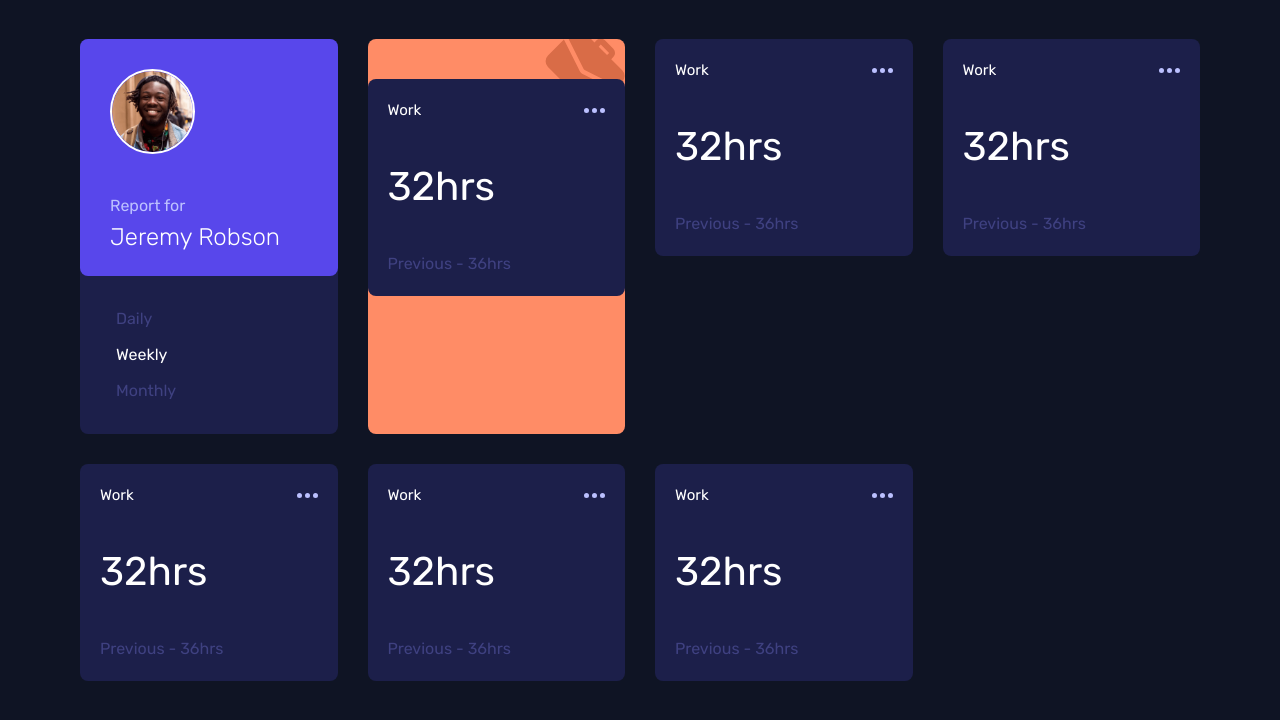
Repository: Akashiii1/WebTimeTracking_Day6
Page: index.html
The author's editor kept a copy of each file at every save. The page is drawn from the files as they stood at one save, then again after the next save.
The browser window is 1280 px wide. The pictures show the whole page.

Above is the page before, as saved 2021-12-27 00:16:47.

### index.html
<!DOCTYPE html>
<html lang="en">
  <head>
    <meta charset="UTF-8" />
    <meta name="viewport" content="width=device-width, initial-scale=1.0" />
    <!-- displays site properly based on user's device -->

    <link
      rel="icon"
      type="image/png"
      sizes="32x32"
      href="./images/favicon-32x32.png"
    />

    <title>Frontend Mentor | Time tracking dashboard</title>

    <!-- Feel free to remove these styles or customise in your own stylesheet 👍 -->
    <link rel="stylesheet" href="style.css" />
    <style>
      .attribution {
        font-size: 11px;
        text-align: center;
      }

      .attribution a {
        color: hsl(228, 45%, 44%);
      }
    </style>
  </head>

  <body>
    <div class="container">
      <div class="first">
        <div class="user">
          <div class="user-img">
            <img src="images/image-jeremy.png" alt="" />
          </div>
          <div class="user-content">
            <p class="user-info">Report for</p>
            <h2 class="user-name">Jeremy Robson</h2>
          </div>
        </div>
        <div class="options">
          <button class="user-btn">Daily</button>
          <button class="user-btn active">Weekly</button>
          <button class="user-btn">Monthly</button>

        </div>
      </div>
      <div class="work">
        <div class="content">
          <div class="heading">
            <h3 class="title">Work</h3>
            <img src="images/icon-ellipsis.svg" alt="">
          </div>
          <h3 class="time">32hrs</h3>
          <div class="desc">Previous - 36hrs </div>
        </div>
      </div>
      <div class="play">
        <div class="content">
          <div class="heading">
            <h3 class="title">Work</h3>
            <img src="images/icon-ellipsis.svg" alt="">
          </div>
          <h3 class="time">32hrs</h3>
          <div class="desc">Previous - 36hrs </div>
        </div>
      </div>
      <div class="exercise">
        <div class="content">
          <div class="heading">
            <h3 class="title">Work</h3>
            <img src="images/icon-ellipsis.svg" alt="">
          </div>
          <h3 class="time">32hrs</h3>
          <div class="desc">Previous - 36hrs </div>
        </div>
      </div>
      <div class="social">
        <div class="content">
          <div class="heading">
            <h3 class="title">Work</h3>
            <img src="images/icon-ellipsis.svg" alt="">
          </div>
          <h3 class="time">32hrs</h3>
          <div class="desc">Previous - 36hrs </div>
        </div>
      </div>
      <div class="self">
        <div class="content">
          <div class="heading">
            <h3 class="title">Work</h3>
            <img src="images/icon-ellipsis.svg" alt="">
          </div>
          <h3 class="time">32hrs</h3>
          <div class="desc">Previous - 36hrs </div>
        </div>
      </div>
      <div class="study">
        <div class="content">
          <div class="heading">
            <h3 class="title">Work</h3>
            <img src="images/icon-ellipsis.svg" alt="">
          </div>
          <h3 class="time">32hrs</h3>
          <div class="desc">Previous - 36hrs </div>
        </div>
      </div>


    </div>

    <!-- <div class="attribution">
      Challenge by
      <a href="https://www.frontendmentor.io?ref=challenge" target="_blank"
        >Frontend Mentor</a
      >. Coded by <a href="#">Your Name Here</a>.
    </div> -->
    <script src="app.js"></script>
  </body>
</html>

### style.css
@import url('https://fonts.googleapis.com/css2?family=Rubik:wght@300;400;500&display=swap');
:root{
  --Blue: hsl(246, 80%, 60%);

 --Lightreda: hsl(15, 100%, 70%);/*(work)*/
 --Softblue : hsl(195, 74%, 62%);/*(play)*/
 --Lightred : hsl(348, 100%, 68%);/*(study)*/
 --Limegreen : hsl(145, 58%, 55%);/*(exercise)*/
 --Violet: hsl(264, 64%, 52%);/*(social)*/
 --Softorange : hsl(43, 84%, 65%);/*(self care)*/

  --Verydarkblue: hsl(226, 43%, 10%);
  --Darkblue: hsl(235, 46%, 20%);
  --Desaturatedblue: hsl(235, 45%, 61%);
  --PaleBlue: hsl(236, 100%, 87%);
}
*,
*::before,
*::after {
  box-sizing: border-box;
}
body,
h1,
h2,
h3,
h4,
h5,
h6,
p,
figure,
picture {
  margin: 0;
}
body {
  min-height: 100vh;
  line-height: 1.5;
}
input,
button,
select,
textarea {
  font: inherit;
}
img,
picture {
  display: block;
  max-width: 100%;
}
body{
  font-family: 'Rubik', sans-serif;
  background: var(--Verydarkblue);
  min-height: 100vh;
  display: flex;
  justify-content: center;
  align-items: center;
}
.container{
  width: 1120px;
  display: grid;
  grid-template-columns: repeat(4,1fr);
  /* grid-template-rows: repeat(2,1fr); */
  grid-gap:30px ;
  grid-template-areas: "user work play study"
                        "user exe social self";
}
.first{
  background-color: var(--Darkblue);
  border-radius: 8px;
}
.user{
  background: var(--Blue);
  border-radius: 8px;
  padding: 30px;
}
.user-img{
  width: 85px;
  height: 85px;
  margin-bottom: 40px;
}
.user-img img{
  border-radius: 50%;
  border: 2px solid #fff;
  object-fit: cover;
}
.user-content{

}
.user-info{
  color: var(--PaleBlue);
  margin-bottom: 10px;
}
.user-name{
  color: #fff;
  font-weight: 300;
  line-height: 18px;
}
button{
  cursor: pointer;
}
.options{
  display: flex;
  flex-direction: column;
  justify-content: space-around;
  gap: 10px 0;
  align-items: flex-start;
  padding: 30px;
}
.user-btn{
  border: 0;
  outline: none;
  background-color: transparent;
  color:hsl(238.18,34.37%,37.65%);
}
.user-btn.active{
  color: #fff;
}
.work{
  background: url(images/icon-work.svg) no-repeat top -10px right/ 80px 80px ,var(--Lightreda);
  padding-top: 40px;
  border-radius: 8px;
}
.content{
  background-color: var(--Darkblue);
  color: #fff;
  padding: 20px;
  border-radius: 8px;
}
.heading{
  display: flex;
  justify-content: space-between;
  align-items: center;
}
.heading h3{
  font-size: 15px;
  font-weight: 400;
}
.time{
  padding: 35px 0;
  font-size: 40px;
  font-weight: 400;
}
.desc{
  color: hsl(238.18,34.37%,37.65%);;
}
/* remove animation for people who've turned them off */
@media (prefers-reduced-motion: reduce) {
  *,
  *::before,
  *::after {
    animation-duration: 0.01ms !important;
    animation-iteration-count: 1 !important;
    transition-duration: 0.01ms !important;
    scroll-behavior: auto !important;
  }
}

Loaded but not shown: app.js (no stored copy; drawn as an empty file)

After the next save:
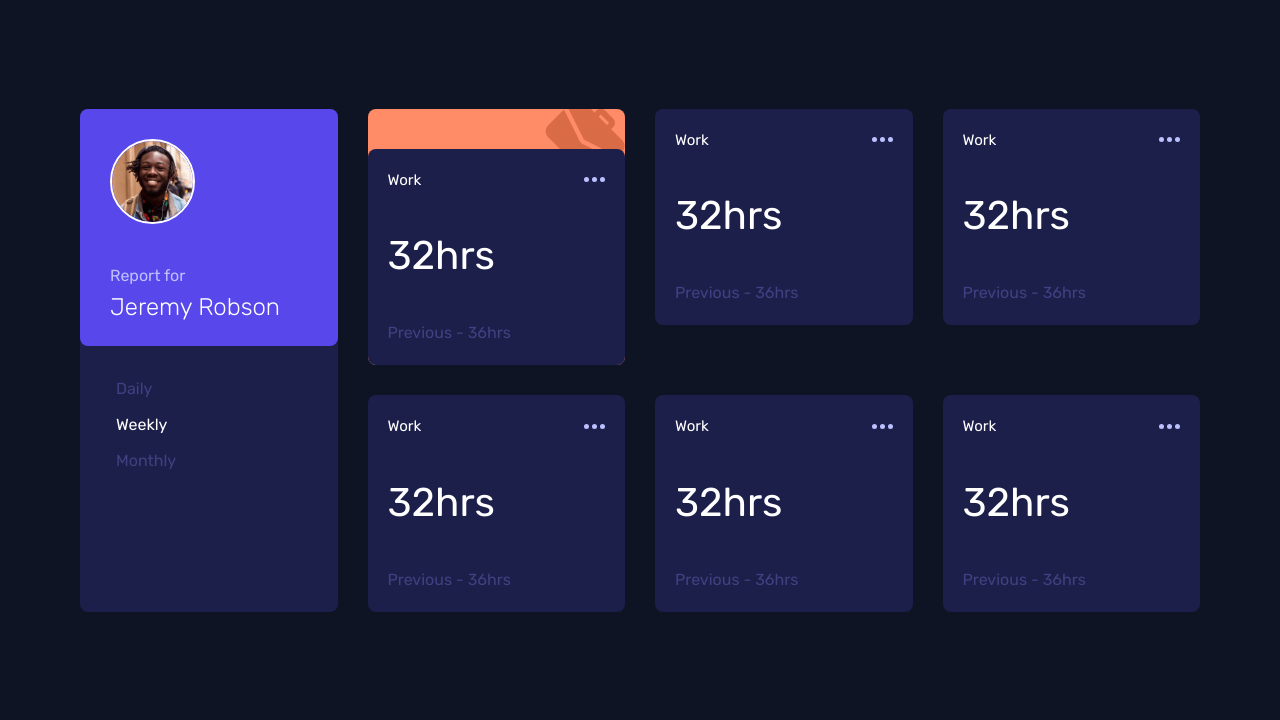
Saved 117 s later.
--- a/style.css
+++ b/style.css
@@ -66,6 +66,7 @@ body{
 .first{
   background-color: var(--Darkblue);
   border-radius: 8px;
+  grid-area: user;
 }
 .user{
   background: var(--Blue);
